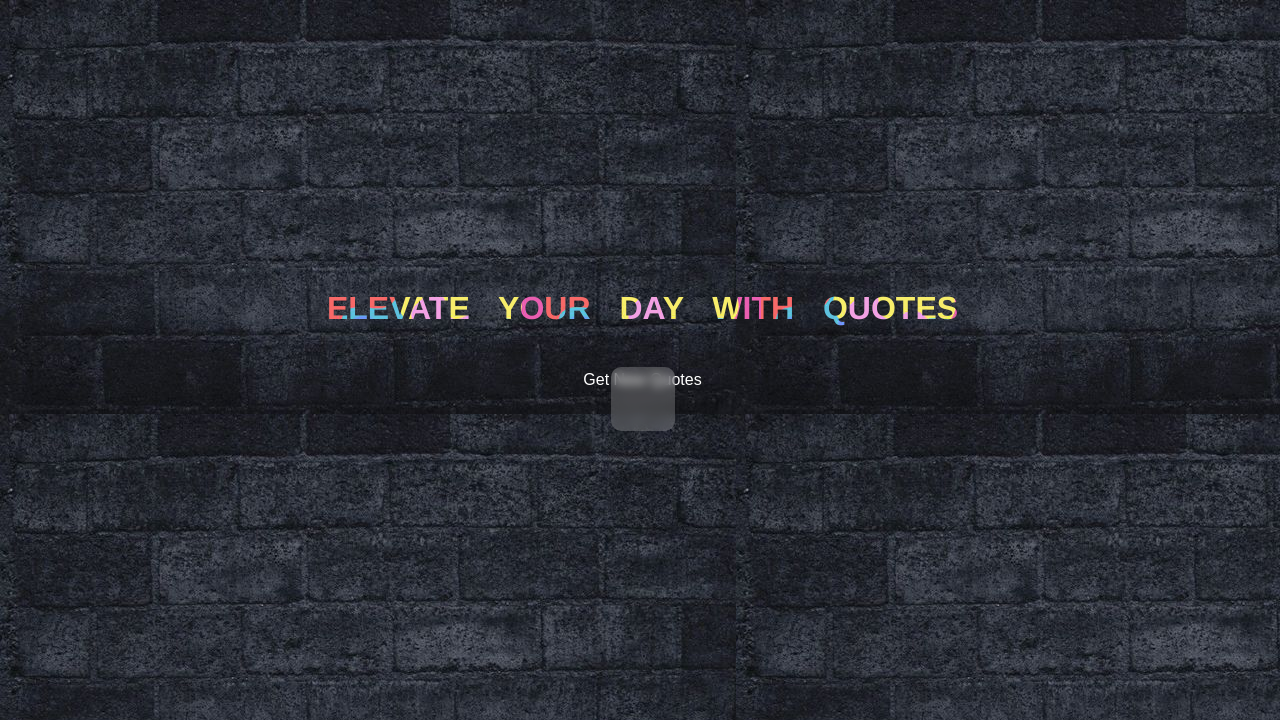
Repository: Bhavik-Sanghar/Quote-app
Page: /
The author's editor kept a copy of each file at every save. The page is drawn from the files as they stood at one save, then again after the next save.
The browser window is 1280 px wide. The pictures show the whole page.
The page's requests for data from a server got no answer. The project was rebuilt for these pictures with package versions that can differ from the ones it lists, and the page was loaded fresh each time. No one was signed in, and anything a server would have sent is missing. Also part of the build but not shown: src/styles.css.

Above is the page before, as saved 2023-08-18 16:59:18.

After the next save:
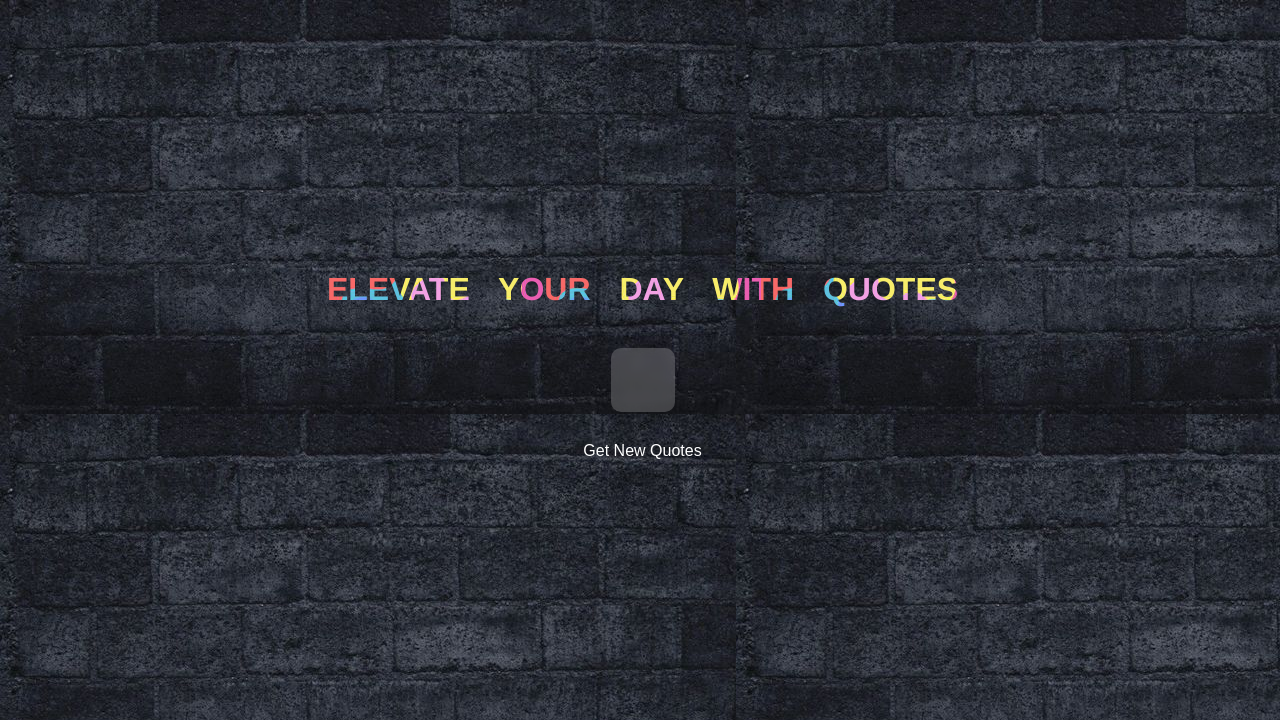
Saved 14 s later.
--- a/src/components/New.css
+++ b/src/components/New.css
@@ -50,8 +50,7 @@
 }
 
 .fetch-button {
-  position: absolute;
-  margin-top: 40px;
+
   background-color: transparent;
   border: none;
   color: white;
